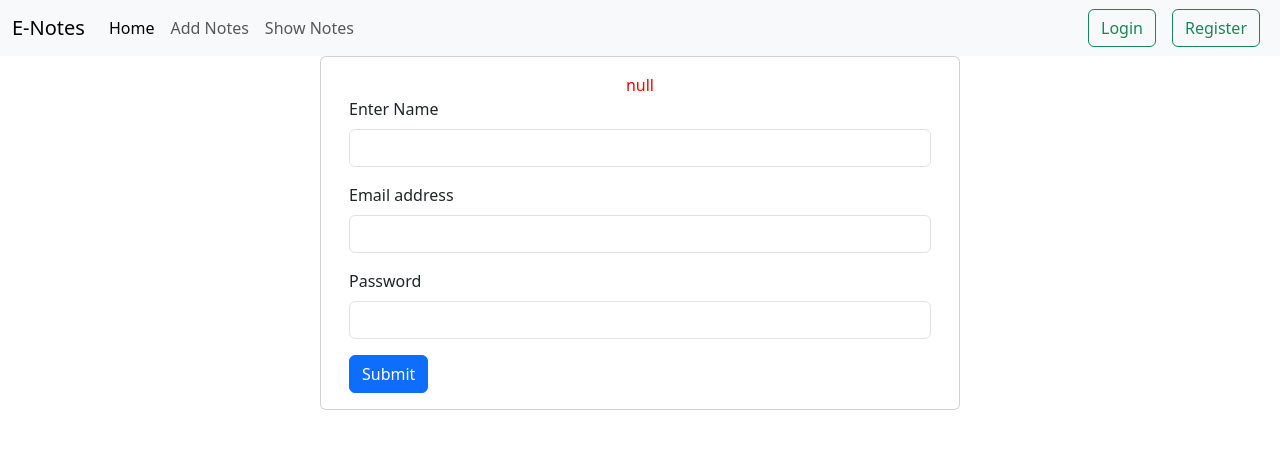
Repository: SandeepSharma2002/JavaProjects
Page: http://localhost/ENotes/RegisterPage.jsp
The author's editor kept a copy of each file at every save. The page is drawn from the files as they stood at one save, then again after the next save.
The browser window is 1280 px wide. The pictures show the whole page.
The page is served by Tomcat 9.

Above is the page before, as saved 2023-10-24 00:05:48.

After the next save:
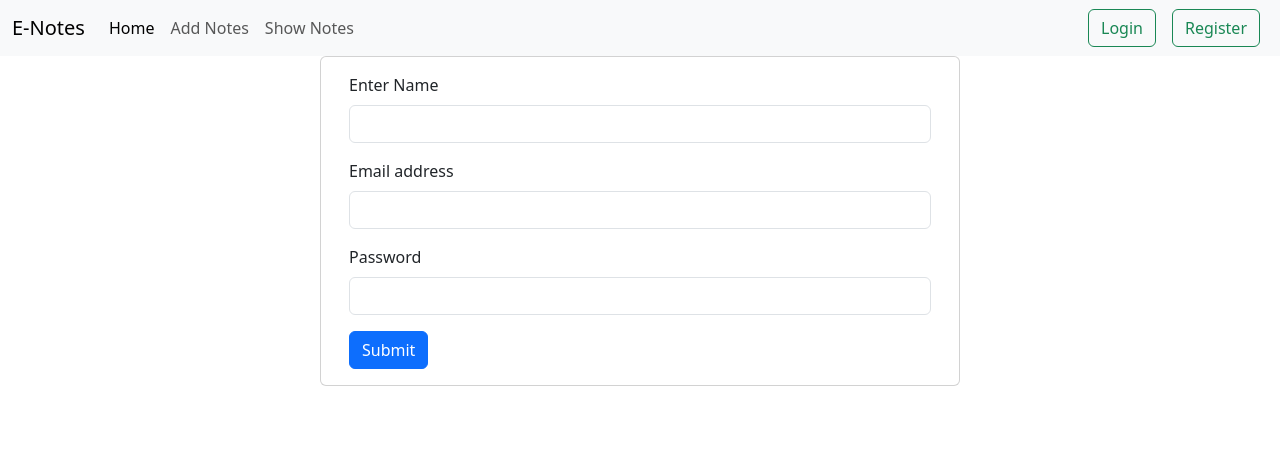
Saved 29 s later.
--- a/ENotes/src/main/webapp/RegisterPage.jsp
+++ b/ENotes/src/main/webapp/RegisterPage.jsp
@@ -14,15 +14,15 @@
 			<form method = "post" action="./UserServlet/adduser">
 
 
-				<% String status = (String) session.getAttribute("success");
+				<% String status = (String) session.getAttribute("status");
 				System.out.print(status);
 				if(status != null ) {%>
 				<div style="color:green; text-align:center;"><%= status %></div>
 				<%} %>
 				<% String status2 = (String)session.getAttribute("failed");
-				if(status2 != null)%>
+				if(status2 != null){%>
 				<div style="color:red; text-align:center;"><%= status %></div>
-
+				<%} %>
 
 				<div class="mb-3" >
 					<label for="exampleInputEmail1" class="form-label">Enter
